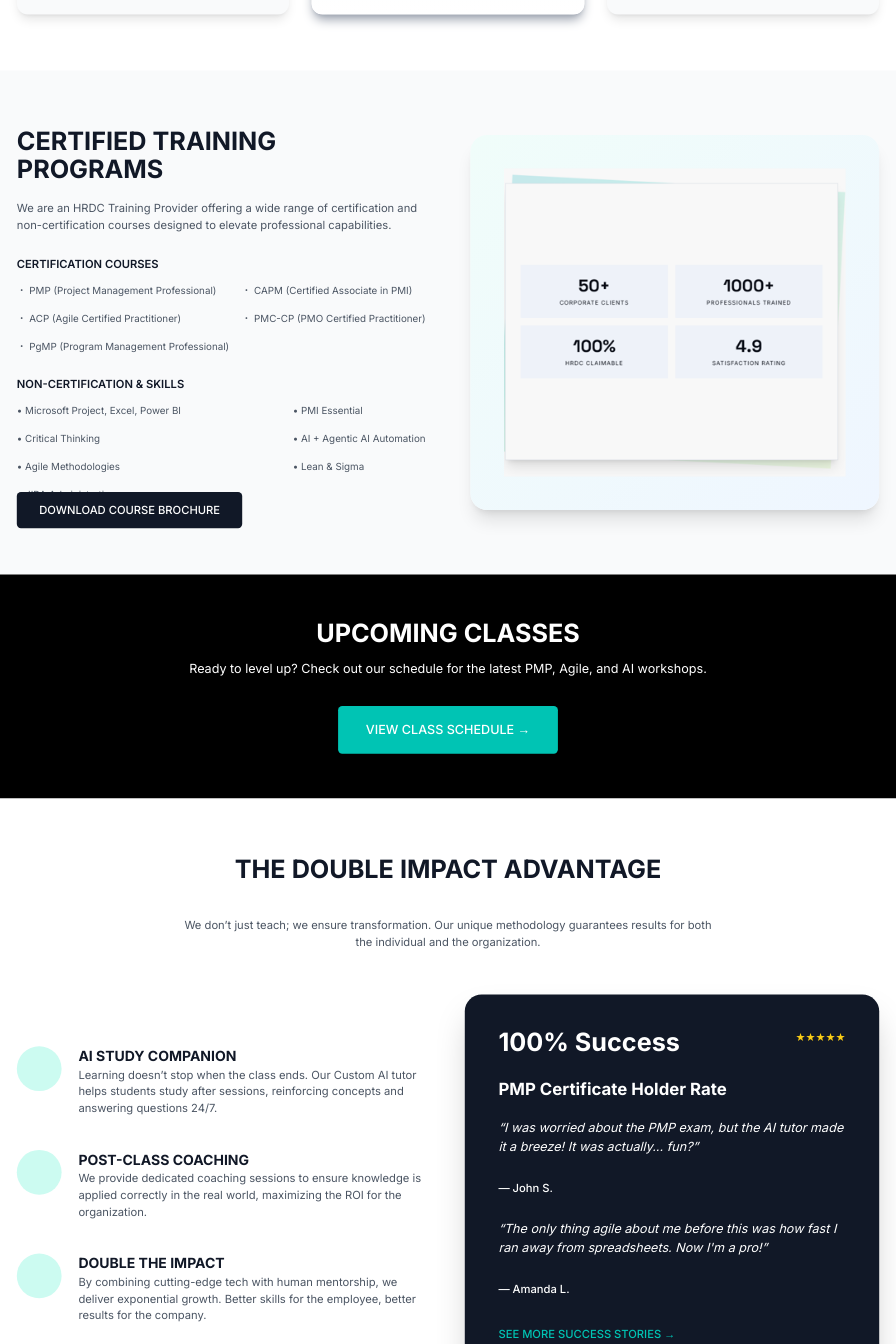
Repository: hsuntariq/web-pages
Page: impact/index.html
These files come from the project's save history. The page is drawn as it stood at one moment and after the next save; the edit follows.
The browser window is 1280 px wide. The pictures show the part of the page from y = 1264 to 3184 px (the page is 3929 px tall before and 3953 px after), at 70% of full size.
Some web libraries are served in a nearby version.

Above is the page before, as saved 2025-12-28 20:35:36.

### impact/index.html
<!DOCTYPE html>
<html lang="en" class="scroll-smooth">
  <head>
    <meta charset="UTF-8" />
    <meta name="viewport" content="width=device-width, initial-scale=1.0" />
    <title>
      Impact Through Execution – HRDC Certified Training Provider Malaysia
    </title>
    <meta
      name="description"
      content="HRDC certified training provider offering PMP, CAPM, Agile, AI in PM, and digital transformation courses in Malaysia. Consultancy, corporate training, and execution solutions."
    />
    <link
      rel="stylesheet"
      href="https://cdn.jsdelivr.net/npm/bootstrap-icons@1.13.1/font/bootstrap-icons.min.css"
    />
    <script src="https://cdn.tailwindcss.com"></script>
    <script>
      tailwind.config = {
        theme: {
          extend: {
            colors: {
              primary: "#00C4B4", // teal for buttons
              accent: "#122F87", // dark blue for accents
            },
          },
        },
      };
    </script>
    <link
      href="https://fonts.googleapis.com/css2?family=Inter:wght@400;500;600;700;800&display=swap"
      rel="stylesheet"
    />
    <style>
      body {
        font-family: "Inter", sans-serif;
      }
    </style>
  </head>
  <body class="bg-white text-gray-900">
    <!-- Navigation -->
    <header class="fixed top-0 left-0 right-0 bg-white shadow-md z-50">
      <nav
        class="max-w-7xl mx-auto px-6 py-4 flex items-center justify-between"
      >
        <div class="text-2xl font-bold text-accent">IMPACT</div>
        <div class="hidden md:flex space-x-8 text-sm font-medium">
          <a href="#services" class="hover:text-primary transition">SERVICES</a>
          <a href="#training" class="hover:text-primary transition">TRAINING</a>
          <a href="#about" class="hover:text-primary transition">ABOUT</a>
          <a href="#contact" class="hover:text-primary transition">CONTACT</a>
        </div>
        <a
          href="#"
          class="bg-primary text-white px-6 py-3 rounded-md font-medium hover:bg-primary/90 transition"
          >GET STARTED</a
        >
      </nav>
    </header>

    <!-- Hero Section -->
    <section class="pt-24 pb-16 bg-gray-50">
      <div
        class="max-w-7xl mx-auto px-6 grid lg:grid-cols-2 gap-12 items-center"
      >
        <div>
          <img
            src="https://precisionwellness.my/wp-content/uploads/2025/06/HRDC_Claimable_Registered_Training_Provider_Logos-scaled.webp"
            alt="HRDC Certified Training Provider"
            class="h-12 mb-6"
          />
          <h1
            class="text-5xl md:text-6xl font-bold text-gray-900 leading-tight"
          >
            IMPACT<br />
            <span
              class="bg-gradient-to-r text-transparent from-teal-500 bg-clip-text to-green-400"
            >
              THROUGH
            </span>
            <br />EXECUTION
          </h1>
          <p
            class="text-lg text-gray-600 border border-l-3 border-teal-400 border-2 border-t-0 border-b-0 border-e-0 ps-5 mt-6 mb-8"
          >
            We bring value that has strong impact to the organization &
            individual through Consultancy, Training, and Digital Execution.
          </p>
          <div class="flex flex-col sm:flex-row gap-4">
            <a
              href="#"
              class="bg-primary text-white px-8 py-4 rounded-md font-medium hover:bg-primary/90 transition"
              >OUR SERVICES</a
            >
            <a
              href="#"
              class="border border-gray-900 text-gray-900 px-8 py-4 rounded-md font-medium hover:bg-gray-900 hover:text-white transition"
              >CONTACT US</a
            >
          </div>
        </div>
        <div class="relative">
          <img
            src="./hero.PNG"
            alt="Agentic AI transforming project management"
            class="rounded-2xl shadow-2xl w-full"
          />
          <!-- <div
            class="absolute top-4 right-4 bg-black text-white px-4 py-2 rounded-md text-sm font-medium"
          >
            AGENTIC AI
          </div> -->
          <!-- <div
            class="absolute bottom-4 left-4 bg-black text-white px-6 py-3 rounded-md font-medium"
          >
            PMO EXPERT<br />Delivering project delivery excellence
          </div> -->
        </div>
      </div>
    </section>

    <!-- Core Capabilities -->
    <section class="py-20 bg-white">
      <div class="max-w-7xl mx-auto px-6">
        <div
          class="grid grid-cols-1 md:grid-cols-2 justify-between items-center"
        >
          <h2 class="text-4xl font-bold text-left mb-12">CORE CAPABILITIES</h2>
          <p class="text-left text-gray-600 mb-16 w-full md:w-1/2 mx-auto">
            Comprehensive solutions designed to transform your business
            operations and empower your workforce.
          </p>
        </div>
        <div class="grid grid-cols-1 md:grid-cols-3 gap-8">
          <!-- Consultancy PM & AI -->
          <div class="bg-gray-50 rounded-2xl p-8 shadow-lg">
            <div
              class="bg-teal-100 w-16 flex justify-center items-center h-16 rounded-full mb-6"
            >
              <i class="bi bi-perplexity"></i>
            </div>
            <h3 class="text-2xl font-bold mb-4">CONSULTANCY PM & AI</h3>
            <ul class="space-y-3 text-gray-600">
              <li>• Agentic AI Implementation</li>
              <li>• PMO Setup & Optimization</li>
              <li>• Business Process Reengineering</li>
              <li>• Project Execution Strategy</li>
            </ul>
            <a
              href="#"
              class="mt-8 inline-block text-primary font-medium hover:underline"
              >LEARN MORE →</a
            >
          </div>
          <!-- Training -->
          <div
            class="bg-gradient-to-b from-teal-50 to-white rounded-2xl shadow-2xl shadow-gray-400 border-e-0 border-s-0 border-b-0 border-[5px] p-8 shadow-lg border border-green-400"
          >
            <div
              class="bg-green-200 w-16 flex justify-center items-center h-16 rounded-full mb-6"
            >
              <i class="bi bi-people"></i>
            </div>
            <h3 class="text-2xl font-bold mb-4">TRAINING</h3>
            <p class="text-gray-600 mb-6">
              Empower your team with industry-recognized certifications and
              practical skills.
            </p>
            <div class="flex flex-wrap gap-2 mb-6">
              <span class="bg-gray-200 px-3 py-1 rounded text-sm">PMP</span>
              <span class="bg-gray-200 px-3 py-1 rounded text-sm">CAPM</span>
              <span class="bg-gray-200 px-3 py-1 rounded text-sm">Agile</span>
              <span class="bg-gray-200 px-3 py-1 rounded text-sm">PMC-CP</span>
              <span class="bg-gray-200 px-3 py-1 rounded text-sm"
                >Lean & Sigma</span
              >
              <span class="bg-gray-200 px-3 py-1 rounded text-sm"
                >Power BI</span
              >
            </div>
            <a
              href="#"
              class="mt-8 inline-block text-green-400 font-medium hover:underline"
              >VIEW COURSE CATALOG →</a
            >
          </div>
          <!-- Digital Execution -->
          <div class="bg-gray-50 rounded-2xl p-8 shadow-lg">
            <div
              class="bg-blue-100 w-16 flex justify-center items-center h-16 rounded-full mb-6"
            >
              <i class="bi bi-cpu"></i>
            </div>
            <h3 class="text-2xl font-bold mb-4">DIGITAL EXECUTION</h3>
            <ul class="space-y-3 text-gray-600">
              <li>• Digital Transformation</li>
              <li>• Automation Workflows</li>
              <li>• Data Analytics Solutions</li>
            </ul>
            <a
              href="#"
              class="mt-8 inline-block text-primary font-medium hover:underline"
              >LEARN MORE →</a
            >
          </div>
        </div>
      </div>
    </section>

    <!-- Certified Training Programs -->
    <section class="py-20 bg-gray-50">
      <div
        class="max-w-7xl mx-auto px-6 grid lg:grid-cols-2 gap-16 items-center"
      >
        <div>
          <h2 class="text-4xl font-bold mb-6">CERTIFIED TRAINING PROGRAMS</h2>
          <p class="text-gray-600 mb-8">
            We are an HRDC Training Provider offering a wide range of
            certification and non-certification courses designed to elevate
            professional capabilities.
          </p>
          <div class="space-y-8">
            <div>
              <h4 class="font-semibold mb-4">CERTIFICATION COURSES</h4>
              <ul class="space-y-3 text-gray-600">
                <div class="flex justify-between text-sm">
                  <div class="flex flex-col gap-5">
                    <li>
                      <i class="bi bi-dot"></i> PMP (Project Management
                      Professional)
                    </li>
                    <li>
                      <i class="bi bi-dot"></i> ACP (Agile Certified
                      Practitioner)
                    </li>
                    <li>
                      <i class="bi bi-dot"></i> PgMP (Program Management
                      Professional)
                    </li>
                  </div>
                  <div class="flex flex-col gap-5">
                    <li>
                      <i class="bi bi-dot"></i> CAPM (Certified Associate in
                      PMI)
                    </li>
                    <li>
                      <i class="bi bi-dot"></i> PMC-CP (PMO Certified
                      Practitioner)
                    </li>
                  </div>
                </div>
              </ul>
            </div>
            <div>
              <h4 class="font-semibold mb-4">NON-CERTIFICATION & SKILLS</h4>
              <ul class="space-y-3 text-gray-600">
                <div class="flex justify-between text-sm">
                  <div class="flex flex-col gap-5">
                    <li>• Microsoft Project, Excel, Power BI</li>
                    <li>• Critical Thinking</li>
                    <li>• Agile Methodologies</li>
                    <li>• JIRA Administration</li>
                  </div>
                  <div class="flex flex-col gap-5">
                    <li>• PMI Essential</li>
                    <li>• AI + Agentic AI Automation</li>
                    <li>• Lean & Sigma</li>
                  </div>
                </div>
              </ul>
            </div>
            <a
              href="#"
              class="bg-gray-900 text-white px-8 py-4 rounded-md font-medium hover:bg-gray-800 transition"
              >DOWNLOAD COURSE BROCHURE</a
            >
          </div>
        </div>
        <div
          class="bg-gradient-to-br from-teal-50 to-blue-50 rounded-3xl p-12 shadow-xl"
        >
          <img src="./programs.PNG" class="w-full" alt="" />
        </div>
      </div>
    </section>

    <!-- Upcoming Classes -->
    <section class="py-16 bg-black text-white text-center">
      <div class="max-w-7xl mx-auto px-6">
        <h2 class="text-4xl font-bold mb-4">UPCOMING CLASSES</h2>
        <p class="text-lg mb-10">
          Ready to level up? Check out our schedule for the latest PMP, Agile,
          and AI workshops.
        </p>
        <a
          href="#"
          class="bg-primary text-white px-10 py-5 rounded-md text-lg font-medium hover:bg-primary/90 transition inline-block"
          >VIEW CLASS SCHEDULE →</a
        >
      </div>
    </section>

    <!-- Double Impact Advantage -->
    <section class="py-20 bg-white">
      <div class="max-w-7xl mx-auto px-6">
        <h2 class="text-4xl font-bold text-center mb-12">
          THE DOUBLE IMPACT ADVANTAGE
        </h2>
        <p class="text-center text-gray-600 mb-16 max-w-3xl mx-auto">
          We don’t just teach; we ensure transformation. Our unique methodology
          guarantees results for both the individual and the organization.
        </p>
        <div class="grid lg:grid-cols-2 gap-12 items-center">
          <div class="space-y-12">
            <div class="flex gap-6">
              <div
                class="bg-teal-100 w-16 h-16 rounded-full flex-shrink-0"
              ></div>
              <div>
                <h4 class="font-bold text-xl">AI STUDY COMPANION</h4>
                <p class="text-gray-600">
                  Learning doesn’t stop when the class ends. Our Custom AI tutor
                  helps students study after sessions, reinforcing concepts and
                  answering questions 24/7.
                </p>
              </div>
            </div>
            <div class="flex gap-6">
              <div
                class="bg-teal-100 w-16 h-16 rounded-full flex-shrink-0"
              ></div>
              <div>
                <h4 class="font-bold text-xl">POST-CLASS COACHING</h4>
                <p class="text-gray-600">
                  We provide dedicated coaching sessions to ensure knowledge is
                  applied correctly in the real world, maximizing the ROI for
                  the organization.
                </p>
              </div>
            </div>
            <div class="flex gap-6">
              <div
                class="bg-teal-100 w-16 h-16 rounded-full flex-shrink-0"
              ></div>
              <div>
                <h4 class="font-bold text-xl">DOUBLE THE IMPACT</h4>
                <p class="text-gray-600">
                  By combining cutting-edge tech with human mentorship, we
                  deliver exponential growth. Better skills for the employee,
                  better results for the company.
                </p>
              </div>
            </div>
          </div>
          <div class="relative">
            <div class="bg-gray-900 rounded-3xl p-12 shadow-2xl text-white">
              <div class="flex justify-between items-start mb-8">
                <div class="text-4xl font-bold">100% Success</div>
                <div class="text-yellow-400">★★★★★</div>
              </div>
              <p class="text-2xl font-bold mb-6">PMP Certificate Holder Rate</p>
              <blockquote class="text-lg italic mb-8">
                “I was worried about the PMP exam, but the AI tutor made it a
                breeze! It was actually... fun?”
              </blockquote>
              <p class="font-medium">— John S.</p>
              <blockquote class="text-lg italic mt-8 mb-8">
                “The only thing agile about me before this was how fast I ran
                away from spreadsheets. Now I'm a pro!”
              </blockquote>
              <p class="font-medium">— Amanda L.</p>
              <a
                href="#"
                class="mt-10 inline-block text-primary font-medium hover:underline"
                >SEE MORE SUCCESS STORIES →</a
              >
            </div>
          </div>
        </div>
      </div>
    </section>

    <!-- CTA -->
    <section
      class="py-20"
      style="
        background-image: url('https://thumbs.dreamstime.com/b/creative-glowing-blue-forex-chart-wallpaper-grid-invest-finance-concept-stock-market-chart-business-graph-background-159151545.jpg');
        background-size: cover;
        background-position: center;
      "
    >
      <div class="max-w-7xl mx-auto px-6 text-center text-white">
        <h2 class="text-5xl font-bold mb-6">READY TO MAKE AN IMPACT?</h2>
        <p class="text-xl mb-12">
          Let’s discuss how our consultancy and training solutions can drive
          your organization forward.
        </p>
        <div class="flex flex-col sm:flex-row gap-6 justify-center">
          <a
            href="#"
            class="bg-primary text-white px-10 py-5 rounded-md text-lg font-medium hover:bg-primary/90 transition"
            >GET IN TOUCH</a
          >
          <a
            href="#"
            class="border-2 border-white text-white px-10 py-5 rounded-md text-lg font-medium hover:bg-white hover:text-black transition"
            >VIEW CASE STUDIES</a
          >
        </div>
      </div>
    </section>

    <!-- Footer -->
    <footer class="bg-black text-white py-12">
      <div class="max-w-7xl mx-auto px-6 grid md:grid-cols-4 gap-8">
        <div>
          <div class="text-3xl font-bold mb-4">IMPACT</div>
          <p class="text-sm text-gray-400">
            We bring value that has strong impact to the organization &
            individual through Consultancy, Training, and Digital Execution.
          </p>
        </div>
        <div>
          <h4 class="font-bold mb-4">SERVICES</h4>
          <ul class="space-y-2 text-sm text-gray-400">
            <li>Consultancy PM & AI</li>
            <li>Corporate Training</li>
            <li>Digital Execution</li>
            <li>Business Process Reengineering</li>
          </ul>
        </div>
        <div>
          <h4 class="font-bold mb-4">COMPANY</h4>
          <ul class="space-y-2 text-sm text-gray-400">
            <li>About Us</li>
            <li>Contact</li>
            <li>Careers</li>
            <li>Privacy Policy</li>
          </ul>
        </div>
        <div class="text-right">
          <p class="text-sm text-gray-400">
            © 2025 Impact. All rights reserved.
          </p>
          <p class="text-xs text-gray-500 mt-4">
            HRDC Training Provider Certified
          </p>
        </div>
      </div>
    </footer>
  </body>
</html>

After the next save:
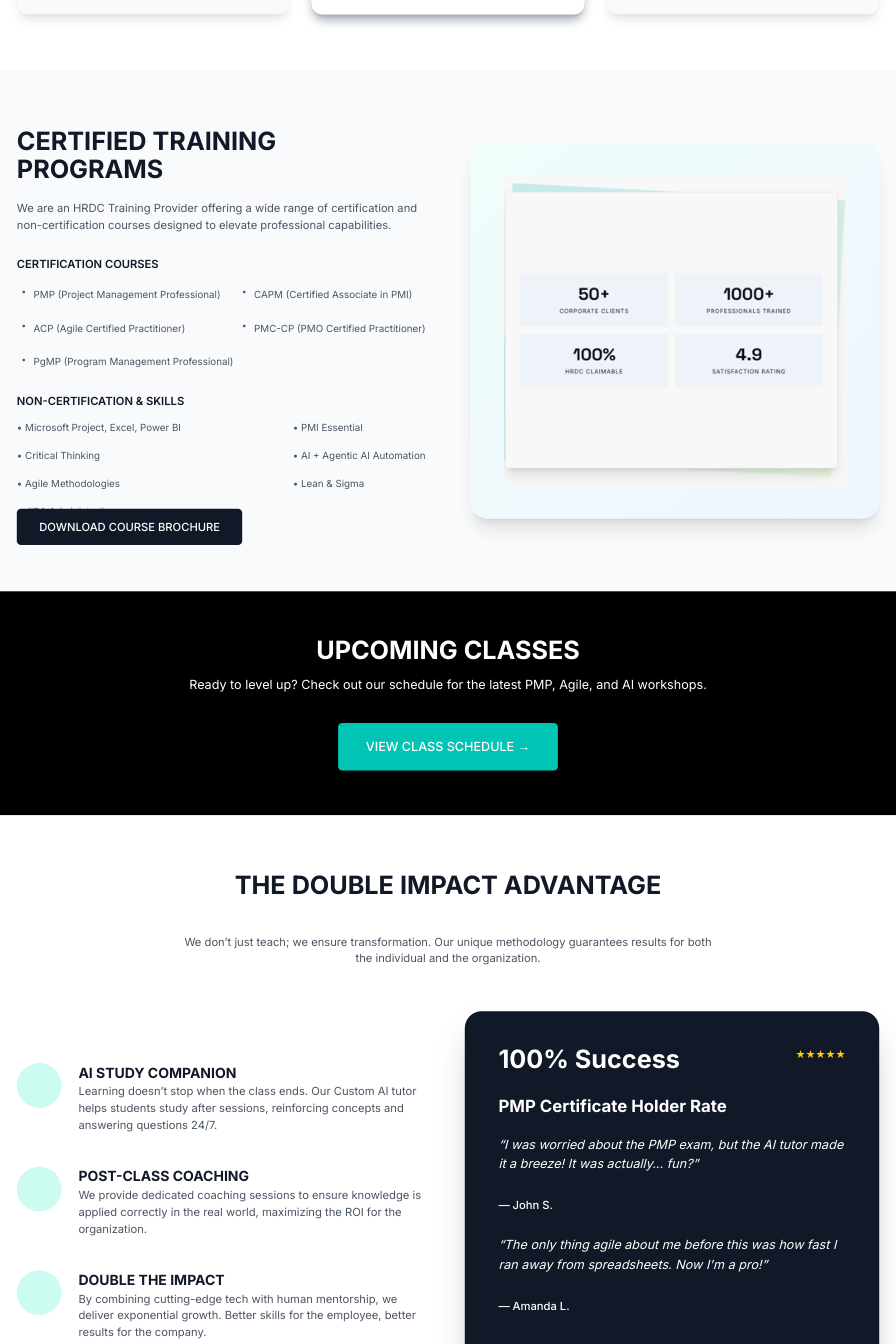
Saved 5 s later.
--- a/impact/index.html
+++ b/impact/index.html
@@ -226,25 +226,25 @@
                 <div class="flex justify-between text-sm">
                   <div class="flex flex-col gap-5">
                     <li>
-                      <i class="bi bi-dot"></i> PMP (Project Management
+                      <i class="bi bi-dot text-xl"></i> PMP (Project Management
                       Professional)
                     </li>
                     <li>
-                      <i class="bi bi-dot"></i> ACP (Agile Certified
+                      <i class="bi bi-dot text-xl"></i> ACP (Agile Certified
                       Practitioner)
                     </li>
                     <li>
-                      <i class="bi bi-dot"></i> PgMP (Program Management
+                      <i class="bi bi-dot text-xl"></i> PgMP (Program Management
                       Professional)
                     </li>
                   </div>
                   <div class="flex flex-col gap-5">
                     <li>
-                      <i class="bi bi-dot"></i> CAPM (Certified Associate in
-                      PMI)
+                      <i class="bi bi-dot text-xl"></i> CAPM (Certified
+                      Associate in PMI)
                     </li>
                     <li>
-                      <i class="bi bi-dot"></i> PMC-CP (PMO Certified
+                      <i class="bi bi-dot text-xl"></i> PMC-CP (PMO Certified
                       Practitioner)
                     </li>
                   </div>
